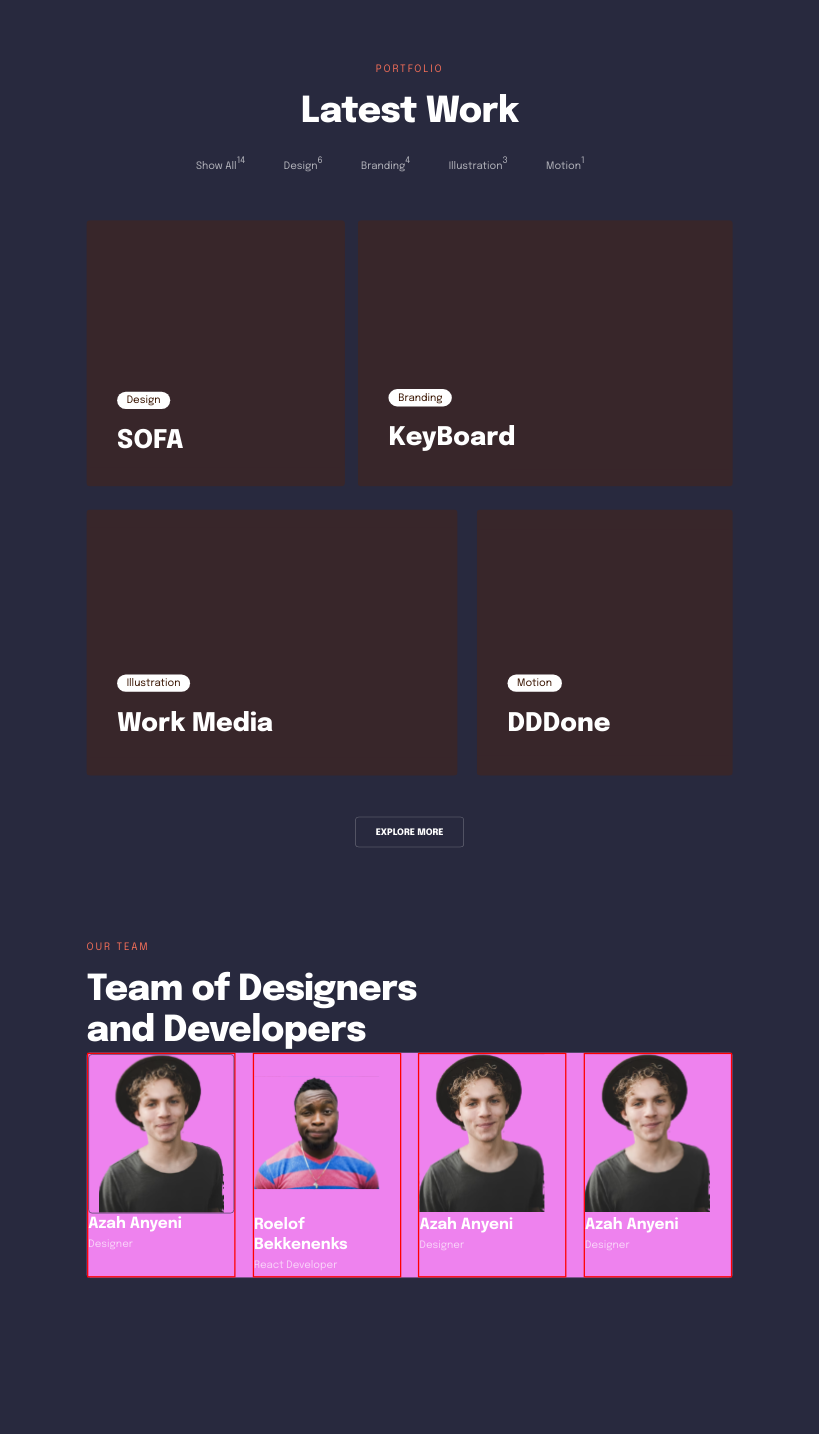
Repository: FidanXankishiyeva/figma-positions-task
Page: index.html
The author's editor kept a copy of each file at every save. The page is drawn from the files as they stood at one save, then again after a run of saves.
The browser window is 1280 px wide. The pictures show the whole page, at 64% of full size.

Above is the page before, as saved 2023-08-10 13:43:11.

After the next 3 saves:
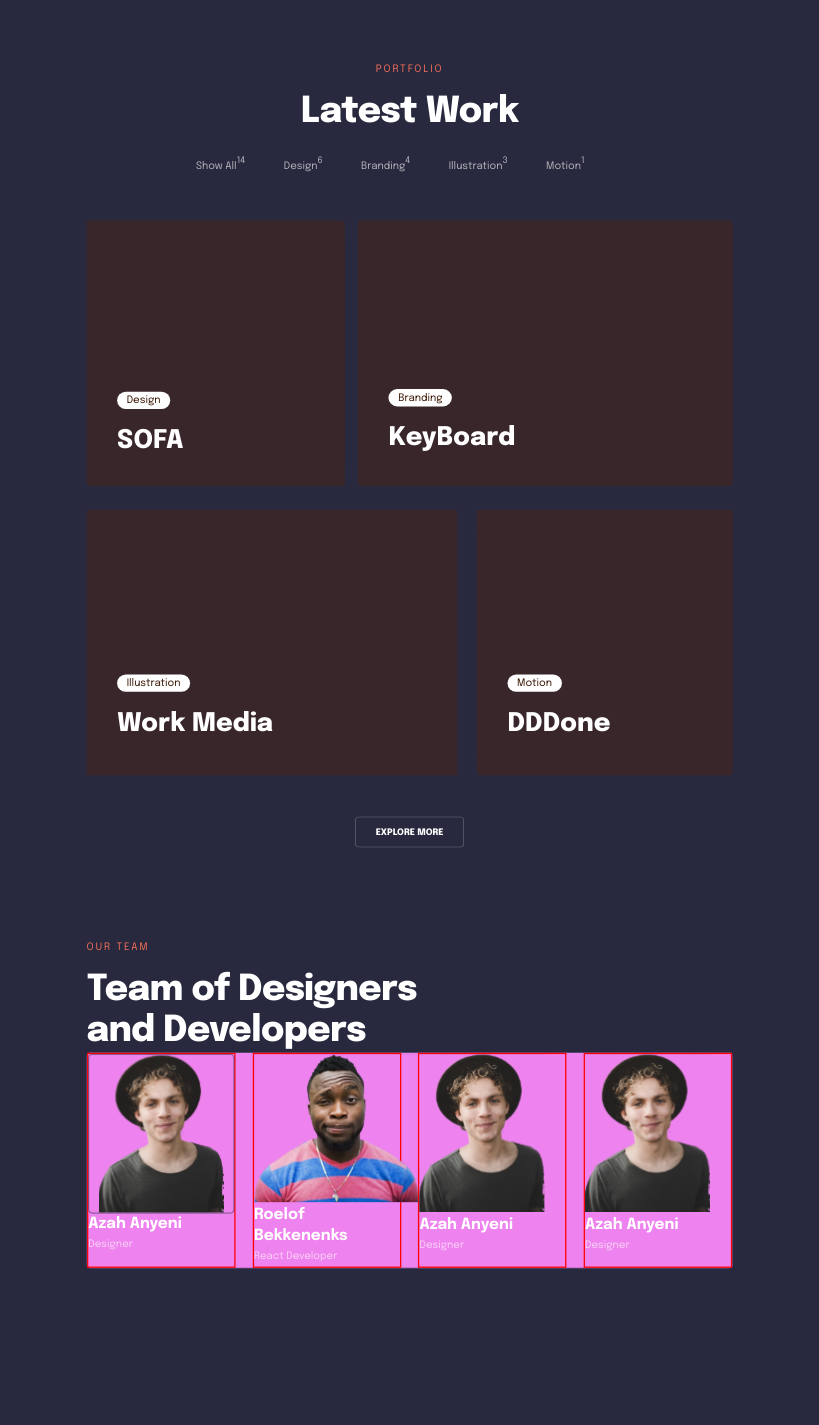
The 3 saves are shown as one change because they came seconds apart.
The last was saved 21 s later.
--- a/index.css
+++ b/index.css
@@ -299,10 +299,12 @@
     height: 247px;
 
 }
-.team-person img {
-  width: 196px;
-  height: 247px;
-}
+.team-person ul li:first-child img{
+    width: 196px;
+    height: 247px;
+
+}
+
 .team-person h5 {
   color: var(--text-light, #fff);
   font-feature-settings: "clig" off, "liga" off;

After the save that followed:
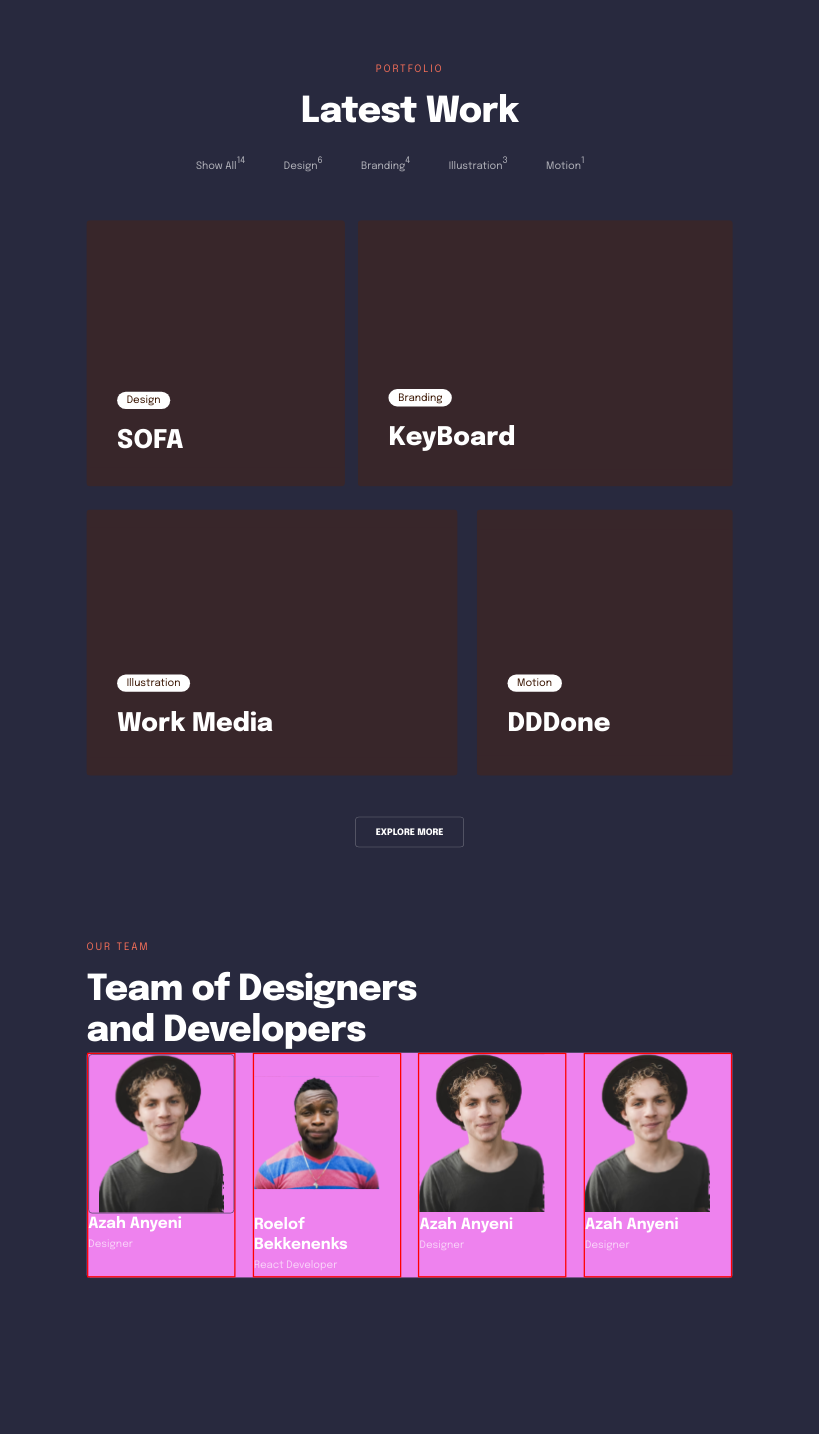
Saved 9 s later.
--- a/index.css
+++ b/index.css
@@ -299,7 +299,7 @@
     height: 247px;
 
 }
-.team-person ul li:first-child img{
+.team-person ul li:nth-child(2) img{
     width: 196px;
     height: 247px;
 
